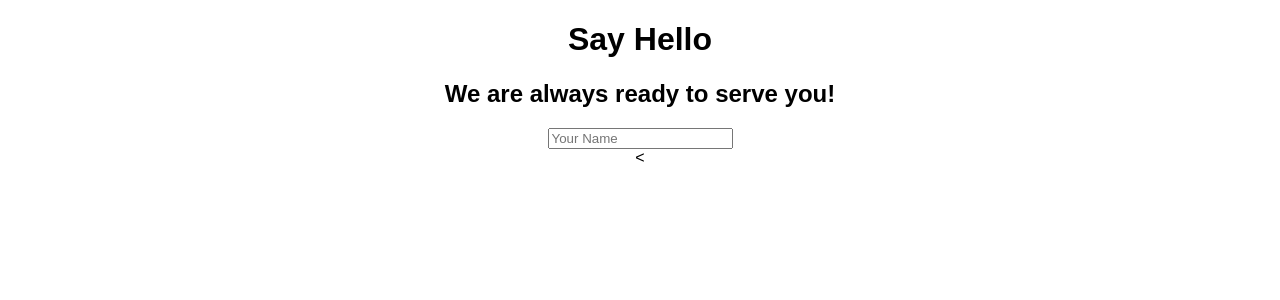
Repository: Owusuharriet/HW1-HAMAH.index.html
Page: index.htm
These files come from the project's save history. The page is drawn as it stood at one moment and after the next save; the edit follows.
The browser window is 1280 px wide. The pictures show the whole page.

Above is the page before, as saved 2020-08-03 22:22:08.

### index.htm
<!DOCTYPE html>
<html lang="en">
<head>
    <meta charset="UTF-8">
    <meta name="viewport" content="width=device-width, initial-scale=1.0">
    <link rel="stylesheet" type="text/css" href="./styles/style.css">
    <title>Contact Form</title>
</head>
<body>
    <div class="contact-title">
        <h1>Say Hello</h1>
        <h2>We are always ready to serve you!</h2>
    </div>

    <div class="contact-form">
        <form id="contact-form" method="post" action=""></form>
        <input name="name" type="text" class="form-control" placeholder="Your Name" required><br>
        <

    </div>


</body>
</html>

### style.css
body{
    margin: 0;
    padding: 0;
    text-align: center;
    background: linear-gradient(0,0 150, 0.5,),rgba(0, 0, 50, 0.5),url(laptop.jpg);
    background-size: cover;
    background-position: center;
    font-family: sans-serif;
}

.content-title{
    margin-top: 90px;
    color: #fff;
    text-transform: uppercase;
    transition: all 2 ease-in-out;

}
.content-title h1{
    font-size: 32px;
    line-height: 10px;
}

.content-title h2{
    font-size: 10px;
}

After the next save:
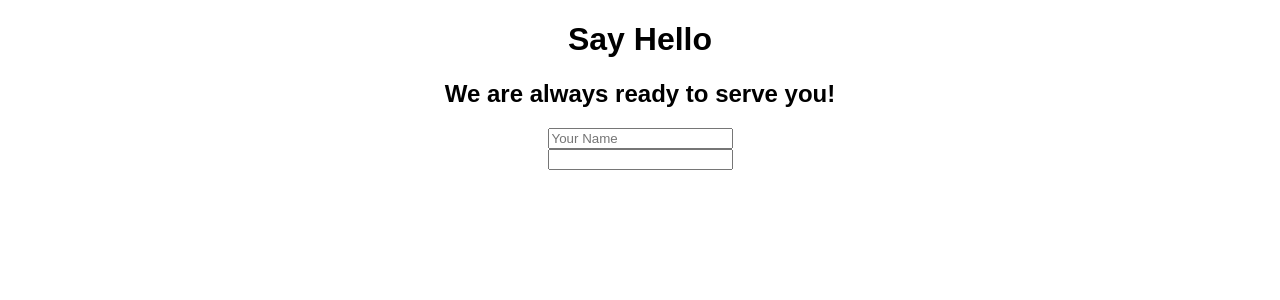
Saved 3 s later.
--- a/index.htm
+++ b/index.htm
@@ -15,7 +15,7 @@
     <div class="contact-form">
         <form id="contact-form" method="post" action=""></form>
         <input name="name" type="text" class="form-control" placeholder="Your Name" required><br>
-        <
+        <input
 
     </div>
 
